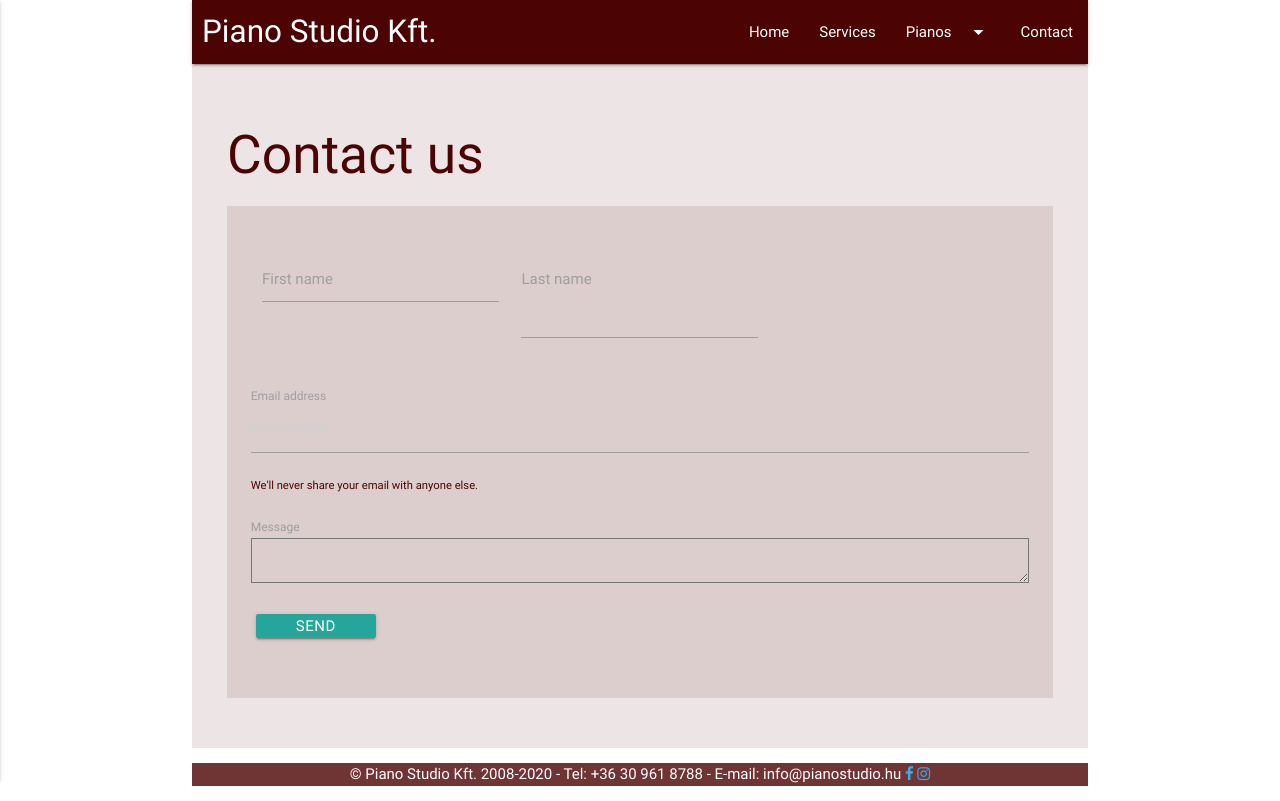
Repository: badiattila/pianostudioheroku
Page: http://localhost/contact
The author's editor kept a record of every edit. The page is drawn from the files as they stood at one moment, then again after the next edit.
The browser window is 1280 px wide. The pictures show the whole page.
Some web libraries are served in a nearby version. The page is served by the project's application, run on Flask 3 (app.py).

Above is the page before.
Console error: ReferenceError: emailjs is not defined

### templates/contact.html
{% extends 'base.html' %} {% block head %}
<!-- emailjs.com scripts -->
<script type="text/javascript" src="https://cdn.jsdelivr.net/npm/emailjs-com@2.4.1/dist/email.min.js"></script>
<script type="text/javascript">
  (function() {
    emailjs.init('user_etFwEOqQcbe4PMbXxH07G');
  })();
</script>
<script type="text/javascript">
  window.onload = function() {
    document.getElementById('contact-form').addEventListener('submit', function(event) {
      event.preventDefault();
      // generate the contact number value
      this.contact_number.value = Math.random() * 100000 | 0;
      emailjs.sendForm('gmail', 'trio', this);
    });
  }
</script>
{% endblock %} {% block content %}

<!-- Contact Form  TODO -->
<div class="op" id="contact">
  <h2>Contact us </h2>

  <form id="contact-form" class="op">
    <input type="hidden" name="contact_number">

    <div class="row">
      <div class="input-field col s4">
        <input id="InputFirstName" name="user_fname" type="text" class="validate">
        <label for="InputFirstName">First name</label>
      </div>
      <div class="input-field col s4">
        <textarea id="InputLastName" class="materialize-textarea" name="user_sname" required></textarea>
        <label for="InputLastName">Last name</label>
      </div>
    </div>

    <div class="row s12">
      <div class="form-group">
        <label for="InputEmail1">Email address</label>
        <input type="email" class="form-control" id="InputEmail1" aria-describedby="emailHelp" placeholder="Enter email" name="user_email" required>
        <small id="emailHelp" class="form-text text-muted">We'll never share your email with anyone else.</small>
      </div>
    </div>
    <div class="row s12">
      <div class="form-group">
        <label for="InputMessage">Message</label>
        <textarea class="form-text" id="Message" name="message"></textarea>
      </div>
    </div>
    <div class="row s12">
      <input type="submit" value="Send" class="btn btn_mid ">
    </div>
  </form>

</div>

{% endblock %}

### templates/base.html
<!DOCTYPE html>

<html lang="en">

<head>

    <!-- Meta tags -->
    <meta charset="utf-8">
    <!-- Font awsome -->
    <link rel="stylesheet" href="https://maxcdn.bootstrapcdn.com/font-awesome/4.7.0/css/font-awesome.min.css" type="text/css" />
    <!-- Hover -->
    <link rel="stylesheet" href="https://cdnjs.cloudflare.com/ajax/libs/hover.css/2.1.1/css/hover-min.css" type="text/css" />
    <!-- Material icons by Google -->
    <link href="https://fonts.googleapis.com/icon?family=Material+Icons" rel="stylesheet">
    <!-- Compiled and minified materialize CSS -->
    <link rel="stylesheet" href="https://cdnjs.cloudflare.com/ajax/libs/materialize/0.100.2/css/materialize.min.css">
    <!-- Specific Css for this website -->
    <link rel="stylesheet" href="{{url_for('static', filename='css/style.css')}}" type="text/css" />

    <title>Piano Studio Kft. - Services - </title>
    <link href="{{url_for('static', filename='pictures/favicon.ico')}}" rel="shortcut icon" type="image/x-icon" />
    <meta name="description" content="Piano rental, tuning and repair - Piano Studio Kft." />
    <meta name="keywords" content="Piano rental,piano tuning,piano repair,piano studio" />
    <meta name="copyright" content="Piano Studio Kft." />
    <meta name="author" content="Attila Badi/Piano Studio Kft." />
    <meta name="email" content="info@pianostudio.hu" /> {% block head %} {% endblock %}


</head>

<body>
    <div class="container">
        <header>
            <ul id="dropdown2" class="dropdown-content">
                <li><a href="{{url_for('pianos_for_sale')}}">Sale</a></li>
                <li><a href="{{url_for('createadd')}}">Create Add</a></li>
            </ul>
            <nav>
                <div class="nav-wrapper redbg">
                    <a href="{{url_for('index')}}" class="brand-logo">Piano Studio Kft.</a>
                    <a href="#" data-activates="mobile-demo" class="button-collapse"><i class="material-icons">menu</i></a>
                    <ul id="nav-mobile" class="right hide-on-med-and-down">
                        <li><a href="{{url_for('index')}}">Home</a></li>
                        <li><a href="{{url_for('services')}}">Services</a></li>
                        <!-- Dropdown Trigger -->
                        <li><a class="dropdown-trigger" href="#!" data-target="dropdown2">Pianos<i class="material-icons right">arrow_drop_down</i></a></li>

                        <li><a href="{{url_for('contact')}}">Contact</a></li>
                    </ul>
                    <ul class="side-nav" id="mobile-demo">
                        <li><a href="{{url_for('index')}}">Home</a></li>
                        <li><a href="{{url_for('services')}}">Services</a></li>
                        <li><a href="{{url_for('pianos_for_sale')}}">Sale</a></li>
                        <li><a href="{{url_for('createadd')}}">Create Add</a></li>
                        <li><a href="{{url_for('contact')}}">Contact</a></li>
                    </ul>
                </div>
            </nav>

        </header>
        {% block content %} {% endblock %}

        <footer class="footer redbg">
            <p>&copy; Piano Studio Kft. 2008-2020 - Tel: +36 30 961 8788 - E-mail: info@pianostudio.hu
                <a target="_blank" href="https://www.facebook.com/zongoraterem"><i class="fa fa-facebook" aria-hidden="true"></i></a>
                <a target="_blank" href="https://www.instagram.com/pianostudiokft"><i class="fa fa-instagram" aria-hidden="true"></i></a>
            </p>
        </footer>
    </div>

    <script src="https://code.jquery.com/jquery-3.4.1.min.js" integrity="sha256-CSXorXvZcTkaix6Yvo6HppcZGetbYMGWSFlBw8HfCJo=" crossorigin="anonymous"></script>
    <script src="https://cdnjs.cloudflare.com/ajax/libs/materialize/0.100.2/js/materialize.min.js"></script>

    <script>
        $(document).ready(function() {
            $('.modal').modal();
            $('.dropdown-trigger').dropdown();
            $('.collapsible').collapsible();
            $('select').material_select();
            $('.button-collapse').sideNav();
        });
    </script>

</body>

</html>

### app.py
import os
from flask import Flask, render_template, redirect, request, url_for
from flask_pymongo import PyMongo
from bson.objectid import ObjectId
from flask_mail import Mail, Message

app = Flask(__name__)

app.config["MONGO_DBNAME"] = 'piano_studio'
app.config["MONGO_URI"] = 'mongodb://attilabadi:K00nK00n1234@mycodeinstitutecluster-shard-00-00-wpsfr.mongodb.net:27017,mycodeinstitutecluster-shard-00-01-wpsfr.mongodb.net:27017,mycodeinstitutecluster-shard-00-02-wpsfr.mongodb.net:27017/piano_studio?ssl=true&replicaSet=MyCodeInstituteCluster-shard-0&authSource=admin&retryWrites=true&w=majority'
mongo = PyMongo(app)

app.config.update(
	DEBUG=True,
	#EMAIL SETTINGS
	MAIL_SERVER='mail.pianostudio.hu',
	MAIL_PORT=465,
	MAIL_USE_SSL=True,
	MAIL_USERNAME = 'contact@pianostudio.hu',
	MAIL_PASSWORD = os.environ.get('SMTPPW')
	)
mail = Mail(app)

@app.route('/')
@app.route('/index')
def index():
        return render_template("index.html")

@app.route('/contact')
def contact():
        return render_template("contact.html")

@app.route('/services')
def services():
        return render_template("services.html")

@app.route('/pianos_for_sale')
def pianos_for_sale():
        return render_template("pianos_for_sale.html", pianos=mongo.db.pianos_4_sale.find(), images=mongo.db.pianos_4_sale.find())

@app.route('/createadd')
def createadd():
        return render_template("create_add.html")

@app.route('/insert_add', methods=['POST'])
def insert_add():
        file_id = mongo.save_file(request.files['picture'].filename, request.files['picture'])
        mongo.db.pianos_4_sale.insert({
            'brand': request.form.get('brand') ,
            'description' : request.form.get('description') ,
            'age' : request.form.get('age') ,
            'price' : request.form.get('price') ,
            'file_name' : request.files['picture'].filename})
        return redirect(url_for('pianos_for_sale'))

@app.route('/file/<file_name>')
def file(file_name):
    return mongo.send_file(file_name)

@app.route('/delete_piano/<piano_id>')
def delete_piano(piano_id):
    mongo.db.pianos_4_sale.remove({'_id': ObjectId(piano_id)})
    return redirect(url_for('pianos_for_sale'))

@app.route('/edit_piano/<piano_id>')
def edit_piano(piano_id):
    return render_template('edit_piano.html', piano=mongo.db.pianos_4_sale.find_one({"_id": ObjectId(piano_id)}))


@app.route('/update_piano/<piano_id>', methods=['POST'])
def update_piano(piano_id):
    file_id = mongo.save_file(request.files['picture'].filename, request.files['picture'])
    mongo.db.pianos_4_sale.update( {'_id': ObjectId(piano_id)},
    {
            'brand': request.form.get('brand') ,
            'description' : request.form.get('description') ,
            'age' : request.form.get('age') ,
            'price' : request.form.get('price') ,
            'file_name' : request.files['picture'].filename
    })
    return redirect(url_for('pianos_for_sale'))

@app.route('/send_mail/', methods=['POST'])
def send_mail():
	try:
		msg = Message("Contact form mail from pianostudio",
		  sender=request.form.get('user_email'),
		  recipients=["attila.badi@gmail.com"])
		msg.body = request.form.get('message')
		mail.send(msg)
		return 'Mail sent!'
	except:
		return "Something went wrong"

if __name__ == '__main__':
    app.run(host=os.environ.get('IP'),
        port=int(os.environ.get('PORT')),
        debug=True)

### static/css/style.css
.left {
  float: left;
}

.right {
  float: right;
}

/* Picture formatting for gallery and teaser pictures */

.right-teaser {
  padding: 1px;
  border: 1px solid #4c0303;
  float: right;
  margin: 0 0 1em 1em;
  width: 12vw;
}

.galery-pic {
  padding: 1px;
  border: 1px solid #4c0303;
  margin: 0 0 1em 1em;
  width: 12vw;
}

.btn_small {
  height: 24px;
  width: 60px;
  line-height: 24px;
  margin: 5px 5px;
  padding: 0 0.5em;
}

.btn_mid {
  height: 24px;
  width: 120px;
  line-height: 24px;
  margin: 5px 5px;
  padding: 0 0.5em;
}

.footer {
  color: white;
  opacity: 0.8;
  filter: alpha(opacity=80);
  text-align: center;
}

.redbg {
  background-color: #4c0303;
}

.nav-wrapper {
  padding-left: 10px;
}

/* Opacity classes for different elements */

.op {
  background: rgba(76, 3, 3, 0.1);
  /*background with 30% opacity */
  color: rgba(76, 3, 3);
  padding: 35px;
  margin-bottom: 15px;
}

.dropdown-content {
  width: max-content !important;
  height: auto !important;
}

/* ID based background behaviour */
#intro {
    background-attachment: scroll;
    background-image: url('../pictures/4k-wallpaper-close-up-fingers-1246437.jpg');
    background-position: center;
    background-size: cover;
    width: 100vw;
    background-repeat: no-repeat;
    position: relative;
}

After the next edit:
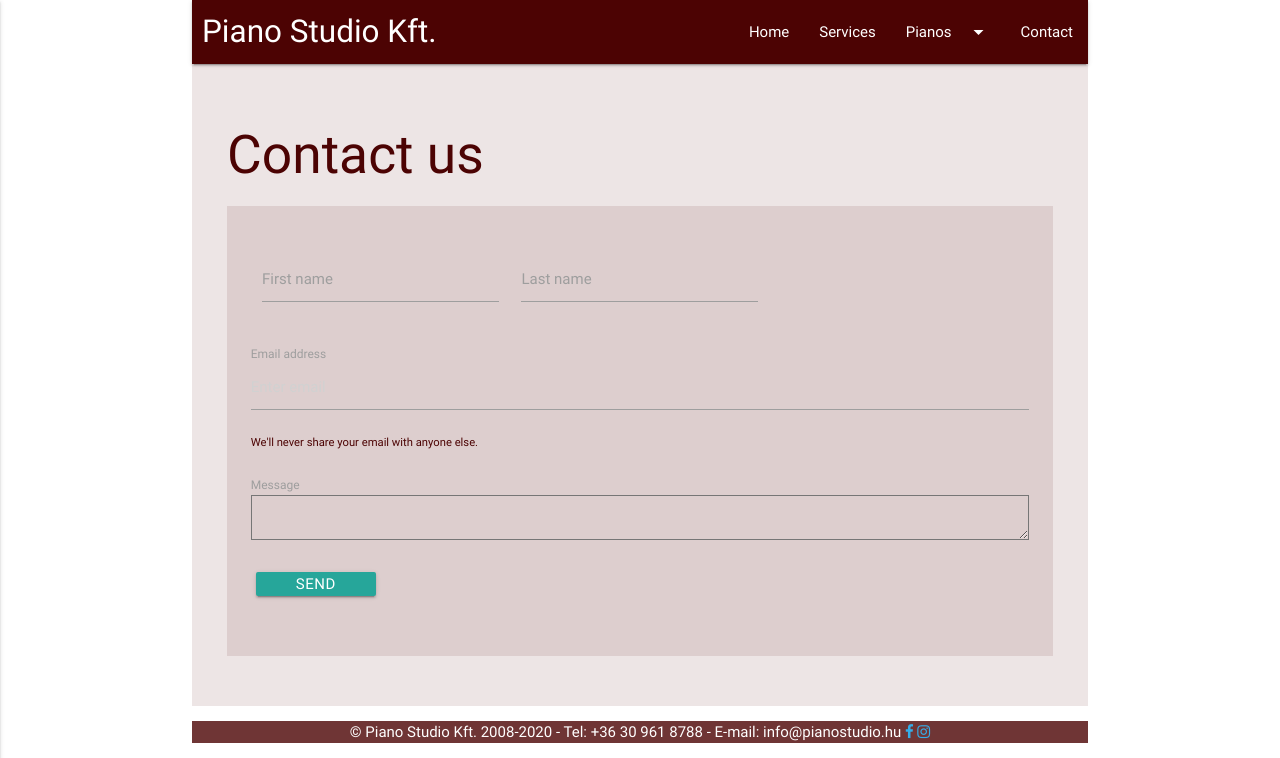
The edit:
--- a/templates/contact.html
+++ b/templates/contact.html
@@ -31,7 +31,7 @@
         <label for="InputFirstName">First name</label>
       </div>
       <div class="input-field col s4">
-        <textarea id="InputLastName" class="materialize-textarea" name="user_sname" required></textarea>
+        <input id="InputLastName" name="user_sname" type="text" class="validate" required>
         <label for="InputLastName">Last name</label>
       </div>
     </div>
